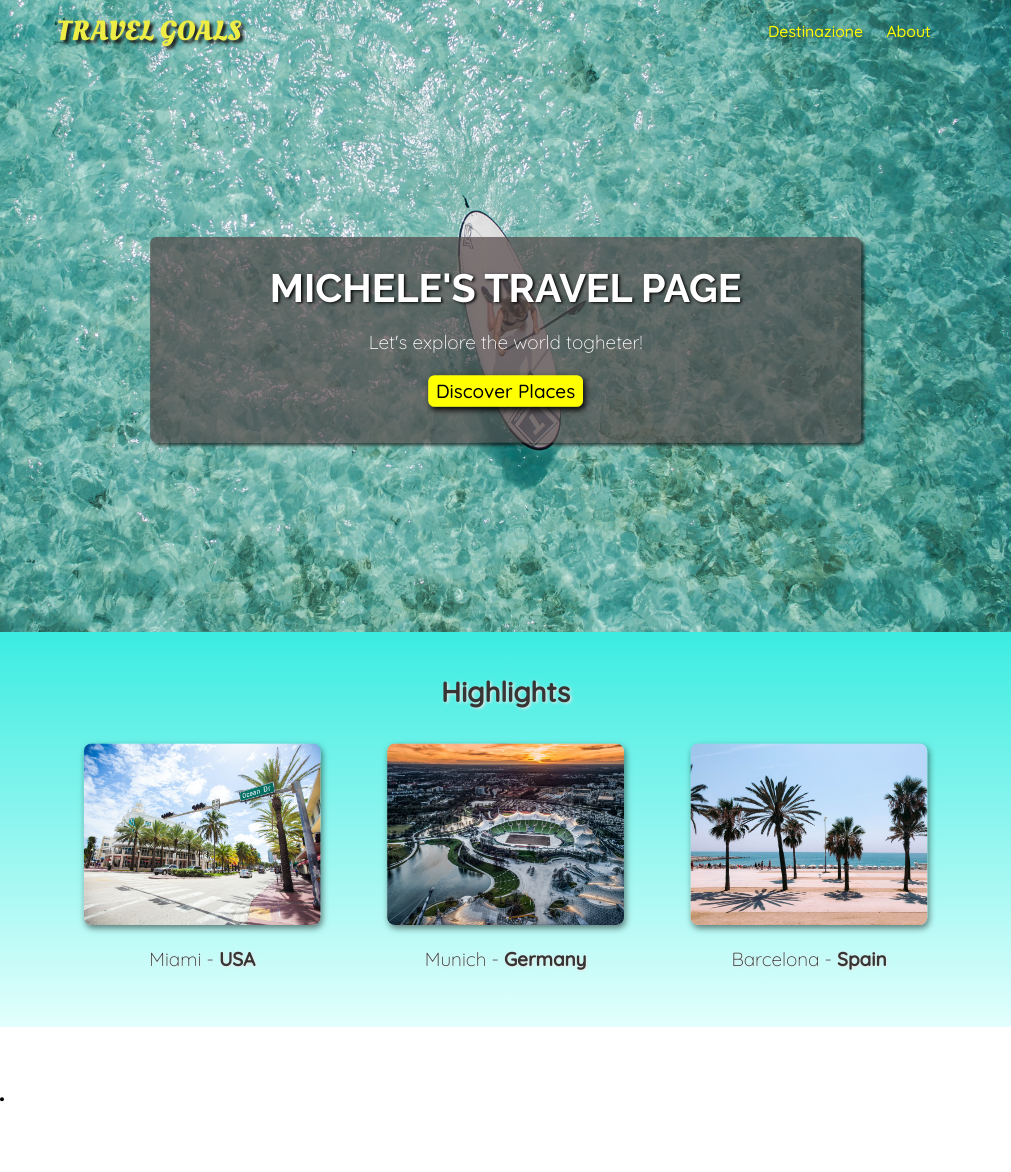
Repository: MicTomm/Travel-Goals
Page: index.html
The author's editor kept a copy of each file at every save. The page is drawn from the files as they stood at one save, then again after the next save.
The browser window is 1280 px wide. The pictures show the whole page, at 79% of full size.

Above is the page before, as saved 2023-06-08 16:53:23.

### index.html
<!DOCTYPE html>
<html lang="it">

<head>
    <meta charset="UTF-8">
    <title>Travel Goals</title>
    <link rel="stylesheet"
        href="https://fonts.googleapis.com/css2?family=Raleway:wght@700&family=Oleo+Script:wght@700&family=Quicksand:wght@300;500&display=swap">
    <link href="styles/shared.css" rel="stylesheet">
    <link href="styles/main-page-style.css" rel="stylesheet">
</head>

<body>
    <header>
        <div id="logo">
            <a href="/index.html">Travel Goals</a>
        </div>
        <nav>
            <ul>
                <li><a href="/places.html">Destinazione</a></li>
                <li><a href="">About</a></li>
            </ul>
        </nav>
    </header>
    <main>
        <section id="hero-image-section">
            <div id="div-section1">
                <h1>Michele's Travel Page</h1>
                <p>Let's explore the world togheter!</p>
                <a href="/places.html">Discover Places</a>
            </div>
        </section>
        <section id="highlights">
            <h2>Highlights</h2>
            <ul id="destinations">
                <li>
                    <div class="destination">
                        <img src="images/places/miami.jpg" alt="Miami">
                        <p>Miami - <strong>USA</strong></p>
                    </div>
                </li>
                <li>
                    <div class="destination">
                        <img src="/images/places/munich.jpg" alt="Munich">
                        <p>Munich - <strong>Germany</strong></p>
                    </div>
                </li>
                <li>
                    <div class="destination">
                        <img src="/images/places/barcelona.jpg" alt="Barcelona">
                        <p>Barcelona - <strong>Spain</strong></p>
                    </div>
                </li>
            </ul>
        </section>
    </main>
    <footer>
        <ul>
            <li>
                <a href="www.facebook.com">
                    <img src="/images/icons/facebook.png" alt="facebook-icon">
                </a>
            </li>
        </ul>
            <li>
                <a href="www.instagram.com">
                    <img src="/images/icons/insta.png" alt="instagram-icon">
                </a>
            </li>
        </ul>
    </footer>
</body>

</html>

### styles/shared.css
body {
    margin: 0px;
    font-family: 'Quicksand', sans-serif;
}

ul {
    list-style: none;
    padding: 0px;
    margin: 0px;
}

header {
    display: flex;
    justify-content: space-between;
    align-items: center;
    padding: 15px 60px;
    position: absolute;
    width: 100%;
    top: 0;
    left: 0;
    box-sizing: border-box;
}

header ul {
    margin: 10px;
    display: flex;
    justify-content: space-between;
    width: 250px;
}

header li {
    width: 100px;
}

header a {
    color: yellow;
    text-decoration: none;
    font-size: 20px;
    padding: 12px;
    text-shadow: 1px 1px 4px rgba(0, 0, 0, 0.5);
}

header a:hover {
    background-color: yellow;
    box-shadow: 2px 2px 4px rgba(0, 0, 0, 0.5);
    color: rgb(67, 60, 60);
    text-shadow: 1px 1px 2px rgb(0, 0, 0, 0.5);
    border-radius: 8px;
}

footer{
    background: linear-gradient(70grd, rgb(24, 24, 24), rgb(23, 23, 29));
    width: 100%;
}

footer li{
    width: 80px;
    height: 80px;
}

footer img{
    width: 100%;
    height: 100%;
}

#logo a {
    font-family: 'Oleo script', sans-serif;
    font-size: 35px;
    text-decoration: none;
    color: rgb(237, 237, 70);
    text-shadow: 4px 4px 4px rgb(31, 29, 29);
    text-transform: uppercase;
}

#logo a:hover {
    background-color: transparent;

}

### styles/main-page-style.css
#hero-image-section {
    text-align: center;
    background-image: url("/images/places/ocean.jpg");
    background-position: center;
    background-size: cover;
    height: 800px;
    /* padding-top: 100px; (alternativa per spostare div-section1 più in basso)*/
}

#div-section1 {
    background-color: rgba(82, 70, 70, 0.7);
    box-shadow: 4px 4px 4px rgba(18, 18, 18, 0.7);
    width: 900px;
    margin: 0px auto;
    padding: 35px 0 50px 0;
    border-radius: 8px;
    position: relative;
    top: 300px;
}

#div-section1 h1 {
    font-size: 50px;
    color: white;
    font-family: 'Raleway', sans-serif;
    text-shadow: 2px 2px 4px black;
    text-transform: uppercase;
    margin: 0px;
}

#div-section1 p {
    color: white;
    font-size: 24px;
    font-weight: 300;
    margin-bottom: 32px;
}

#div-section1 a{
 font-size: 24px;
 text-decoration: none;
 color: black;
 border-radius: 8px;
 background-color: yellow;
 padding: 5px 10px;
 box-shadow: 3px 4px 8px black;
}

#div-section1 a:hover{
    background-color: greenyellow;
    text-shadow: 1px 1px 2px rgba(0, 0, 0, 0.5);
}

#highlights{
    text-align: center;
    background: linear-gradient(0deg, rgb(227, 255, 253), rgb(59, 236, 225));
    padding: 24px  0px;
}

#highlights ul{
    display: flex;
    width: 90%;
    margin: auto;
    padding: 15px;
    margin-bottom: 40px;
    justify-content: space-around;

}

#highlights li{
    margin: 0px 20px 50px 20px;
}

#highlights img{

    height: 100%;
    width: 100%;
    box-shadow: 2px 4px 8px rgb(0, 0, 0, 0.5);
    border-radius: 10px;
    object-fit: cover;
}

#highlights h2{
    font-size: 35px;
    text-shadow: 2px 2px 4px rgb(235, 229, 229);
    color: rgb(56, 52, 52);
}

#highlights p{
    color: rgb(56, 52, 52);
    text-shadow: 1px 1px 4px rgb(235, 229, 229);
    font-size: 24px;
    font-weight: 300;
}

.destination{
    width: 300px;
    height: 230px;
}

After the next save:
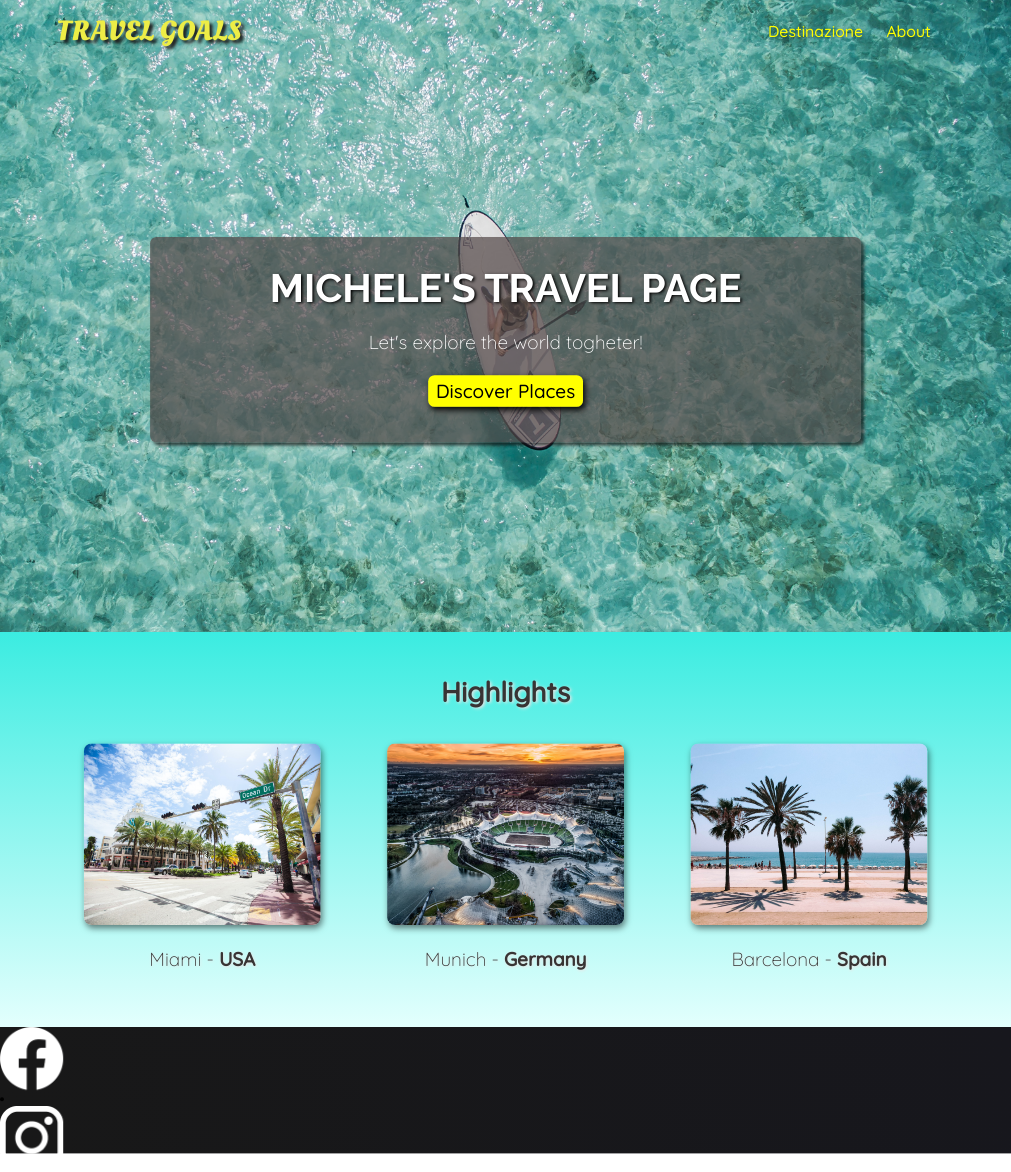
Saved 44 s later.
--- a/styles/shared.css
+++ b/styles/shared.css
@@ -49,7 +49,7 @@ header a:hover {
 }
 
 footer{
-    background: linear-gradient(70grd, rgb(24, 24, 24), rgb(23, 23, 29));
+    background: linear-gradient(70deg, rgb(24, 24, 24), rgb(23, 23, 29));
     width: 100%;
 }
 
